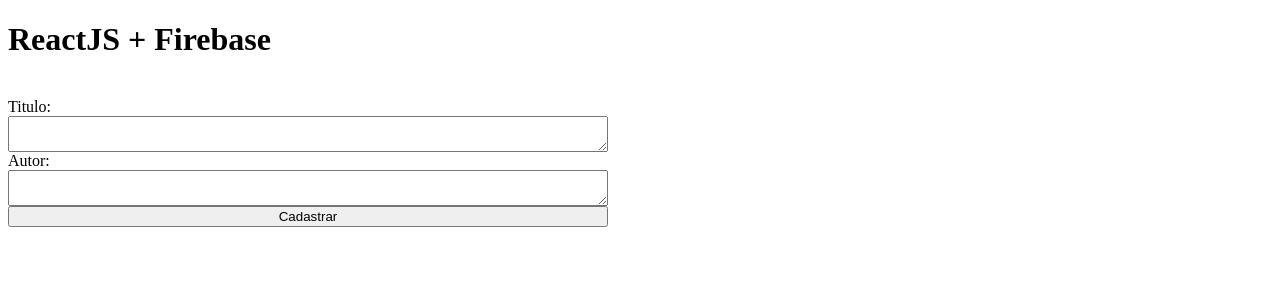
Repository: joaoaspimienta/Estudos-de-firebase
Page: /
The author's editor kept a copy of each file at every save. The page is drawn from the files as they stood at one save, then again after the next save.
The browser window is 1280 px wide. The pictures show the whole page.
The project was rebuilt for these pictures with package versions that can differ from the ones it lists, and the page was loaded fresh each time.

Above is the page before, as saved 2022-04-27 21:34:14.

After the next save:
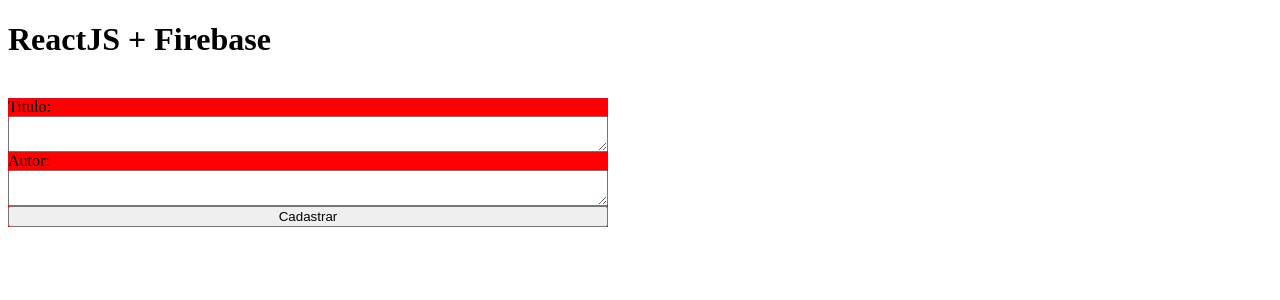
Saved 94 s later.
--- a/src/style.css
+++ b/src/style.css
@@ -2,5 +2,5 @@
   width: 600px;
   display: flex;
   flex-direction: column;
-  background-color: 'red';
+  background-color: red;
 }
